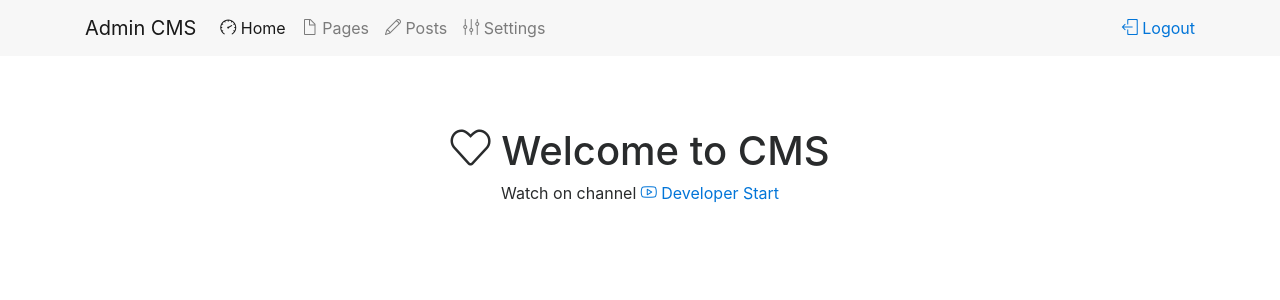
Repository: Aleksus81/cms
Page: http://localhost/admin/View/dashboard.php
The author's editor kept a record of every edit. The page is drawn from the files as they stood at one moment, then again after the next edit.
The browser window is 1280 px wide. The pictures show the whole page.
Some web libraries are served in a nearby version. The page is run by PHP 8.4 with error messages shown; the project is at /var/www/html/.

Above is the page before.

After the next edit:
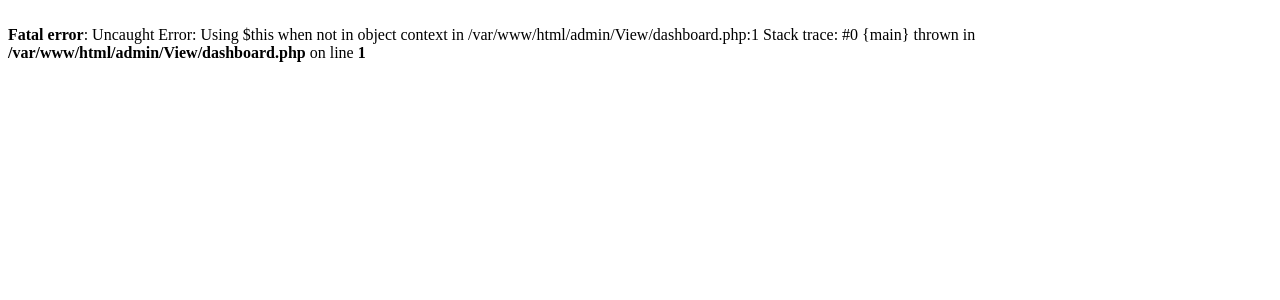
The edit:
--- a/alex/admin/View/dashboard.php
+++ b/alex/admin/View/dashboard.php
@@ -1,65 +1,4 @@
-<!DOCTYPE html>
-<html lang="en">
-<head>
-    <meta charset="utf-8">
-    <meta name="viewport" content="width=device-width, initial-scale=1, shrink-to-fit=no">
-    <meta name="description" content="">
-    <meta name="author" content="">
-    <link rel="icon" href="favicon.ico">
-
-    <title>Админ-панель</title>
-
-    <!-- Bootstrap core CSS -->
-    <link href="/admin/Assets/css/bootstrap.min.css" rel="stylesheet">
-
-    <!-- Custom styles for this template -->
-    <link href="/admin/Assets/css/dashboard.css" rel="stylesheet">
-
-    <!-- simplelineicons for this template -->
-    <link rel="stylesheet" href="https://cdnjs.cloudflare.com/ajax/libs/simple-line-icons/2.4.1/css/simple-line-icons.css">
-</head>
-
-<body>
-    <header>
-        <nav class="navbar navbar-toggleable-md navbar-light bg-faded">
-            <div class="container">
-                <button class="navbar-toggler navbar-toggler-right" type="button" data-toggle="collapse" data-target="#navbarNavDropdown" aria-controls="navbarNavDropdown" aria-expanded="false" aria-label="Toggle navigation">
-                    <span class="navbar-toggler-icon"></span>
-                </button>
-                <a class="navbar-brand" href="#">Admin CMS</a>
-                <div class="collapse navbar-collapse" id="navbarNavDropdown">
-                    <ul class="navbar-nav mr-auto">
-                        <li class="nav-item active">
-                            <a class="nav-link" href="#">
-                                <i class="icon-speedometer icons"></i> Home
-                            </a>
-                        </li>
-                        <li class="nav-item">
-                            <a class="nav-link" href="#">
-                                <i class="icon-doc icons"></i> Pages
-                            </a>
-                        </li>
-                        <li class="nav-item">
-                            <a class="nav-link" href="#">
-                                <i class="icon-pencil icons"></i> Posts
-                            </a>
-                        </li>
-                        <li class="nav-item dropdown">
-                            <a class="nav-link">
-                                <i class="icon-equalizer icons"></i> Settings
-                            </a>
-                        </li>
-                    </ul>
-                </div>
-
-                <div class="right-toolbar">
-                    <a href="/admin/logout/">
-                        <i class="icon-logout icons"></i> Logout
-                    </a>
-                </div>
-            </div>
-        </nav>
-    </header>
+<?php $this->theme->header(); ?>
 
     <main>
         <div class="container">
